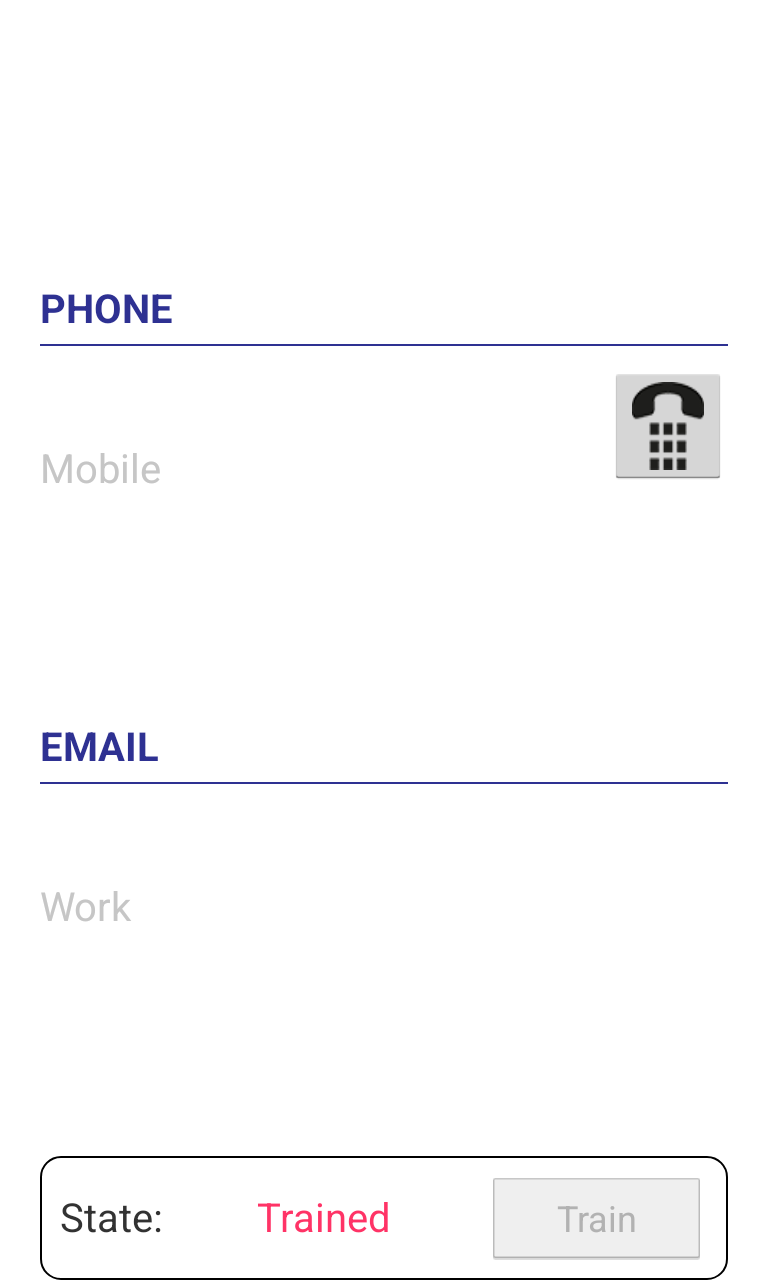
Repository: GitDidNotExitCleanly/FaceLabel
Layout: FaceLabel/res/layout/fragment_member_display.xml
The author's editor kept a copy of each file at every save. The layout is drawn from the files as they stood at one save, then again after the next save.
It is drawn on a 768 x 1280 px phone screen (xhdpi) without system bars, with theme AppTheme; the app's code is not run.

Above is the layout before, as saved 2015-05-12 17:09:21.

After the next save:
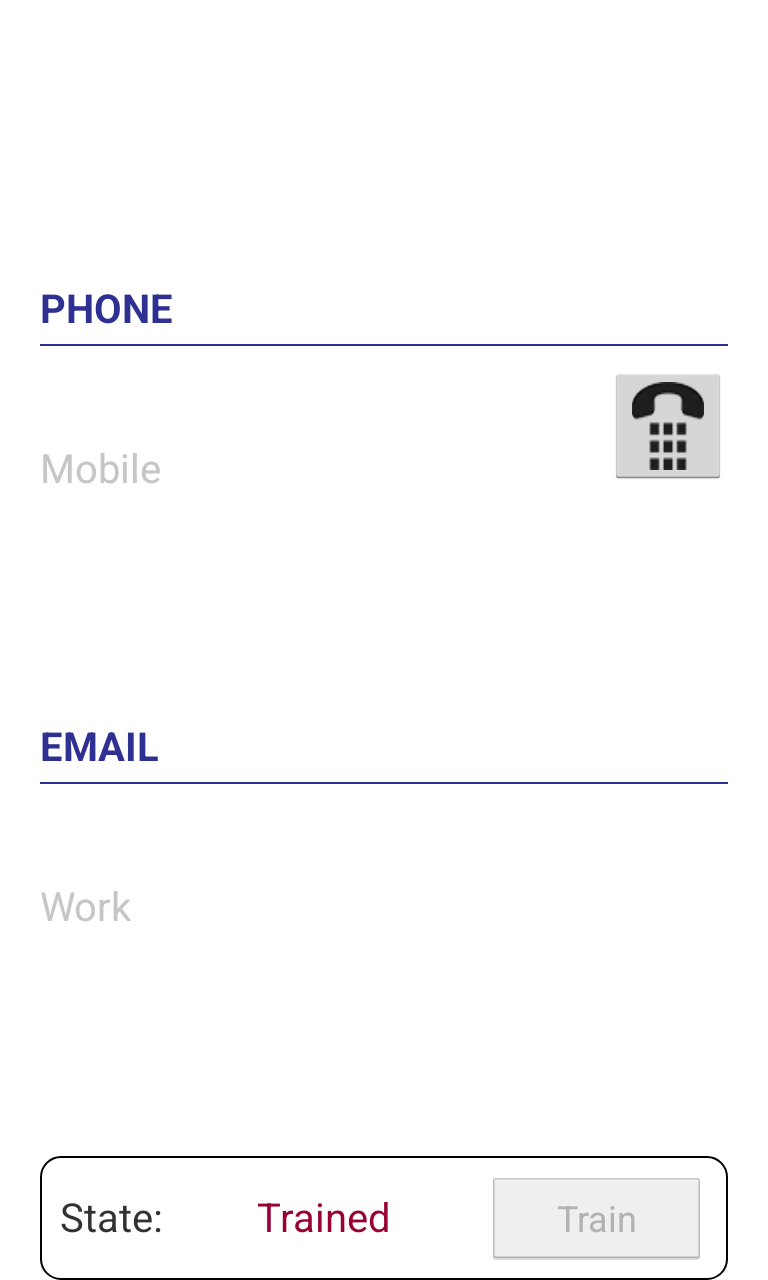
Saved 14 s later.
--- a/FaceLabel/res/layout/fragment_member_display.xml
+++ b/FaceLabel/res/layout/fragment_member_display.xml
@@ -157,7 +157,7 @@
             android:layout_height="wrap_content"
             android:layout_weight="1"
             android:textSize="20sp"
-            android:textColor="#FF3366"
+            android:textColor="#990033"
             android:text="Trained" />
 
         <Button
